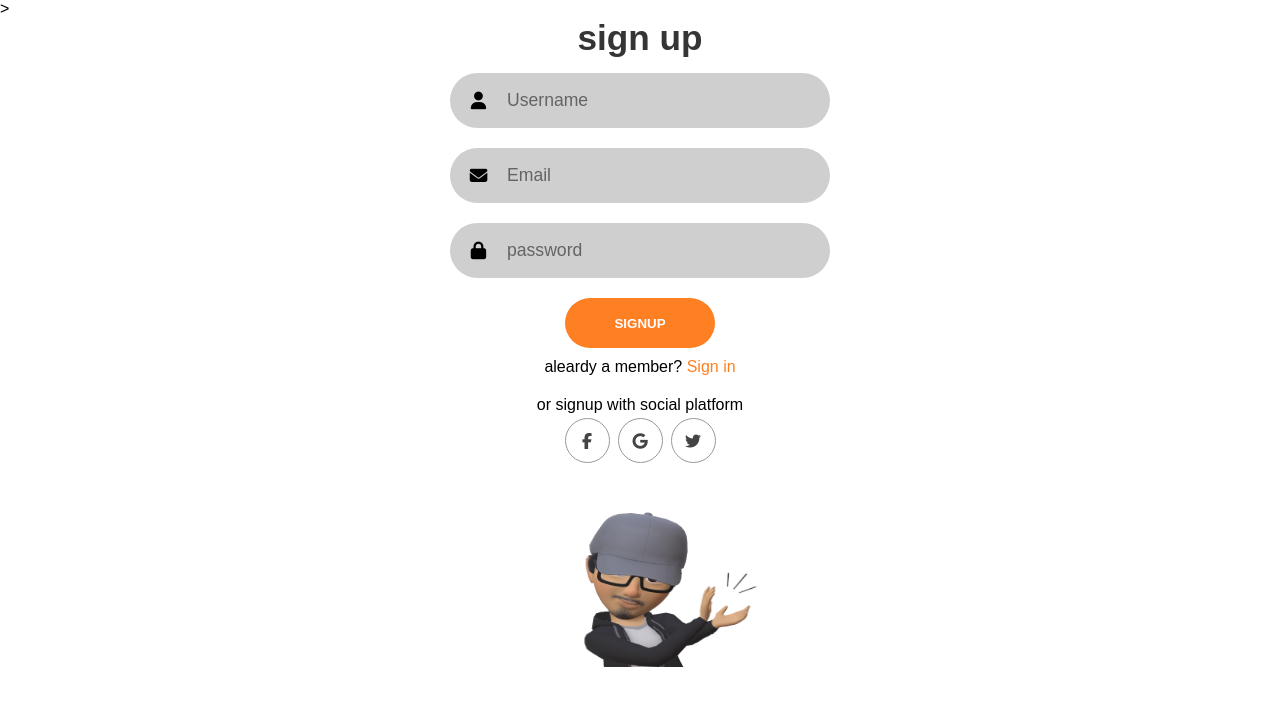
Repository: OmarEssameldinMousa/DONE
Page: signup.html
An editor plug-in stored every save of this project. The page is shown before and after the next save, followed by the edit.
The browser window is 1280 px wide. The pictures show the whole page.

Above is the page before, as saved 2023-12-18 22:44:57.

After the next save:
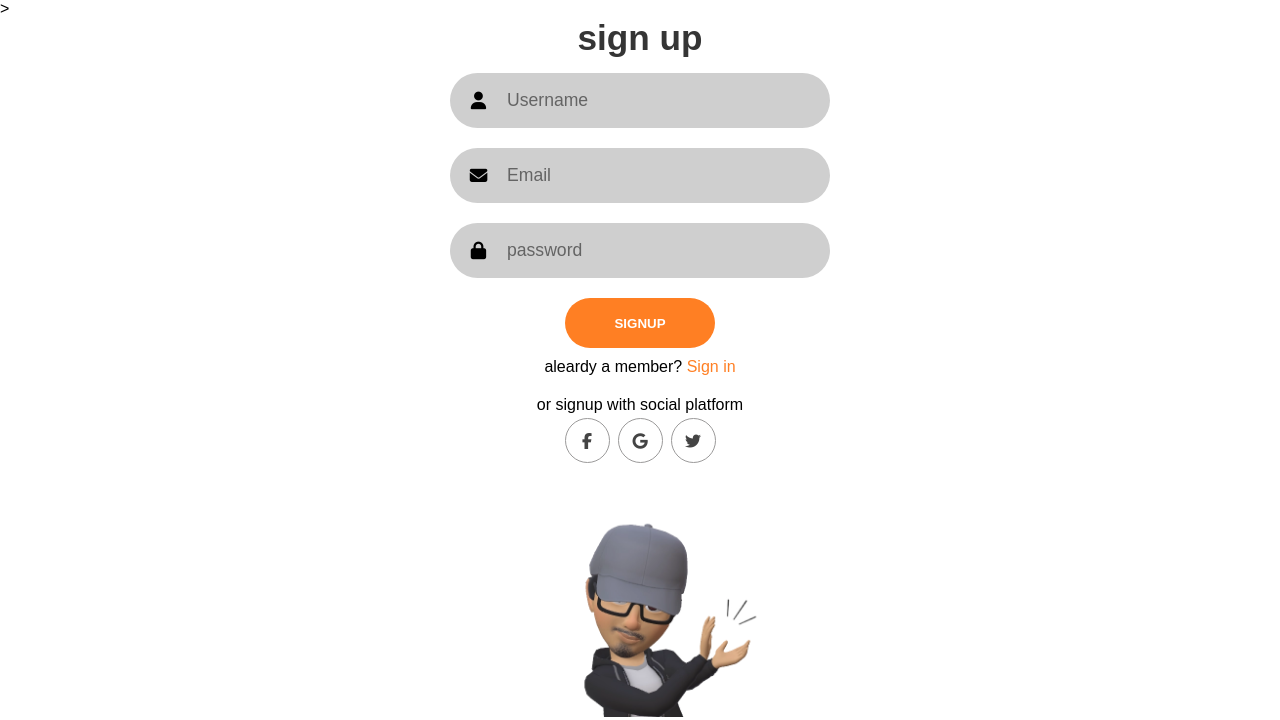
Saved 25 s later.
--- a/CSS/signup.css
+++ b/CSS/signup.css
@@ -194,5 +194,5 @@ a:hover{
 
 img {
     width: 250px;
-    height: 200px;
+    height: 250px;
 }
